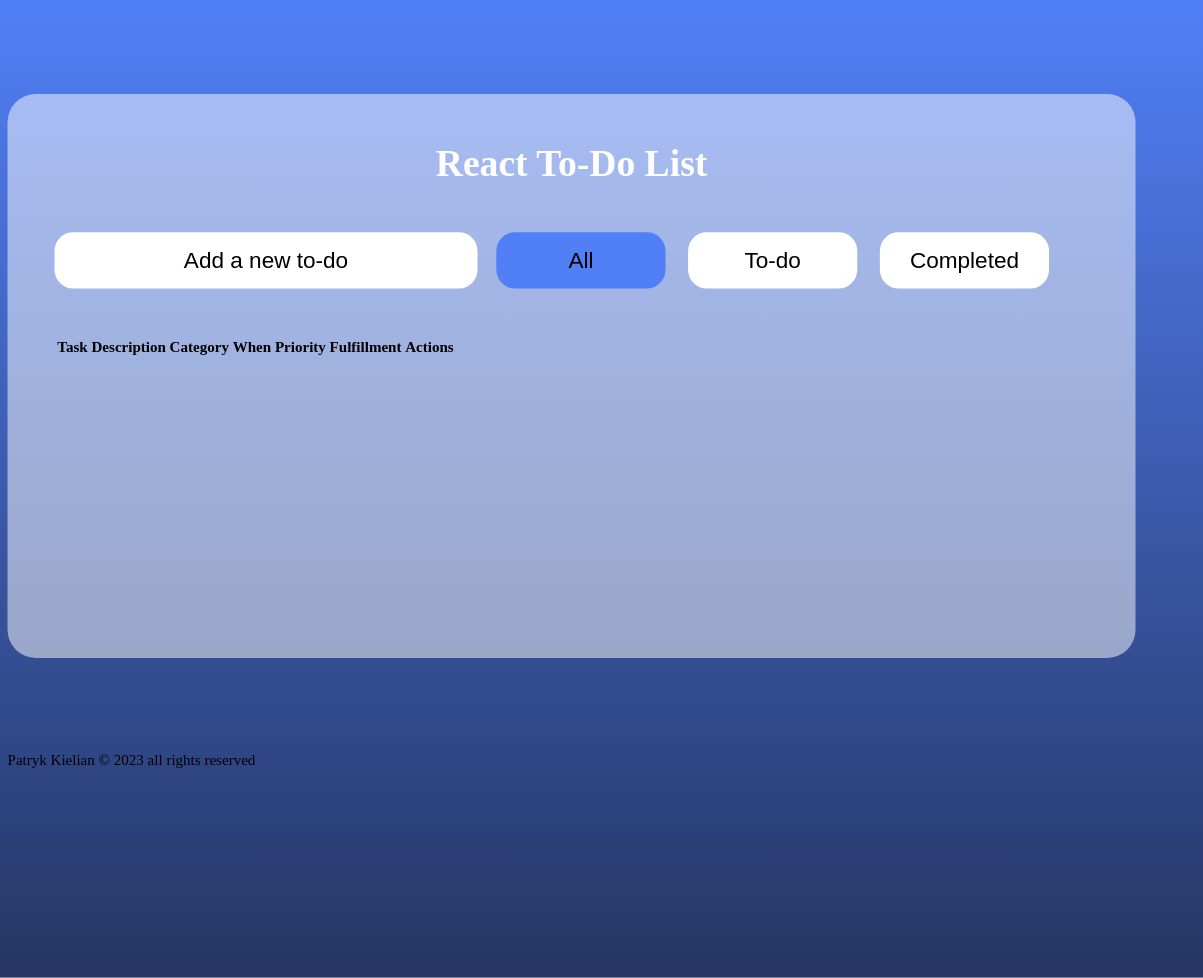
Repository: mirajane2/maquette-todo
Page: index.html
These files come from the project's save history. The page is drawn as it stood at one moment and after the next save; the edit follows.
The browser window is 1280 px wide. The pictures show the whole page, at 94% of full size.

Above is the page before, as saved 2024-11-13 11:20:08.

### index.html
<!DOCTYPE html>
<html lang="fr">
<head>
    <meta charset="UTF-8">
    <meta name="viewport" content="width=device-width, initial-scale=1.0">
    <link rel="stylesheet" href="index.css">
    <title>Maquette Figma</title>
</head>
<body>
    <div class="container">
        <div class="content">
            <h1 class="titre">React To-Do List</h1>
            <div class="control">
                <button class="taches"> Add a new to-do</button>
                <div class="choix_selection">
                    <button class="show">All</button>
                    <button class="options">To-do</button>
                    <button class="options">Completed</button>
                </div>
            </div>

            <div class="table">
                <table>
                    <thead>
                        <tr>
                            <th>Task</th>
                            <th>Description</th>
                            <th>Category</th>
                            <th>When</th>
                            <th>Priority</th>
                            <th>Fulfillment</th>
                            <th>Actions</th>
                        </tr>
                    </thead>
                    <tbody class="valeur">
                        <script src="script.js"></script>
                    </tbody>
                </table>
            </div>
        </div>
        <footer>
            <p>Patryk Kielian © 2023 all rights reserved</p>
        </footer>
    </div>
</body>
</html>

### index.css
html{
    min-height: 100vh;
    background: linear-gradient(180deg, #517FF6, #253663);
}

.container {
    width: 1197px;
    height: 932px;
}

.content{
    width: 1100px;
    min-height: 500px;
    background-color: #FFFFFF80;
    border-radius: 30px;
    margin: 100px auto;
    padding: 50px;
}

.titre{
    color: #FFFFFF;
    text-align: center;
    font-weight: 700px;
    font-size: 40px;
    margin: 0 auto;
}

.control{
    flex-direction: row;
    display: flex;
    /* justify-content: space-between; */
    margin: 50px 0;
}

.taches{
    font-size: 24px;
    font-weight: 400px;
    height: 60px;
    width: 450px;
    border-radius: 20px;
    border: none;
    background-color: #FFFFFF;

}

.show{
    background-color: #517FF6;
    border-radius: 20px;
    width: 180px;
    height: 60px;
    font-size: 24px;
    margin-left: 20px;
    padding: 0;
    border: none;
}

.options{
    background-color: #FFFFFF;
    width: 180px;
    height: 60px;
    border-radius: 20px;
    font-size: 24px;
    border: none;
    margin-left: 20px;
}

Loaded but not shown: script.js (no stored copy; drawn as an empty file)

After the next save:
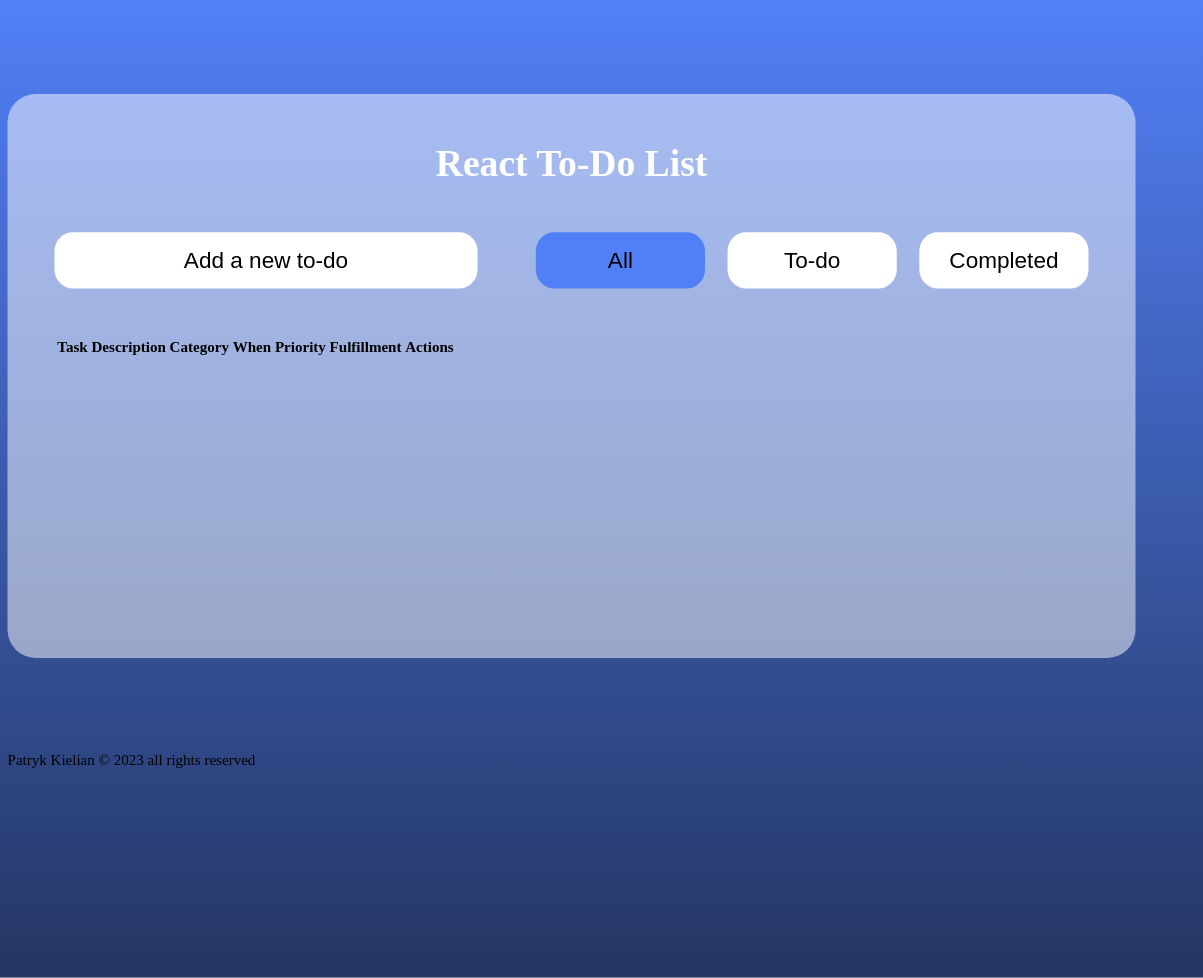
Saved 58 s later.
--- a/index.css
+++ b/index.css
@@ -28,7 +28,7 @@ html{
 .control{
     flex-direction: row;
     display: flex;
-    /* justify-content: space-between; */
+    justify-content: space-between;
     margin: 50px 0;
 }
 
